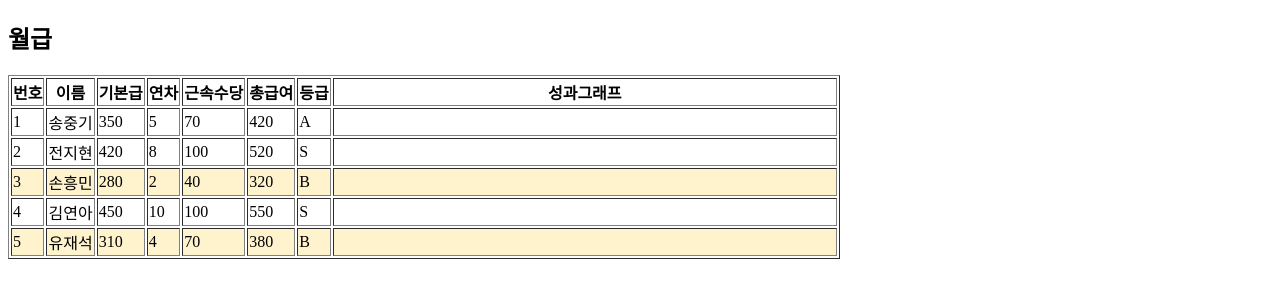
Repository: kkj68106810-dot/jsp2026
Page: http://localhost/chapter01/example_salary.jsp
An editor plug-in stored every save of this project. The page is shown before and after the next save, followed by the edit.
The browser window is 1280 px wide. The pictures show the whole page.
The page is served by Tomcat 9.

Above is the page before, as saved 2026-10-16 07:22:56.

After the next save:
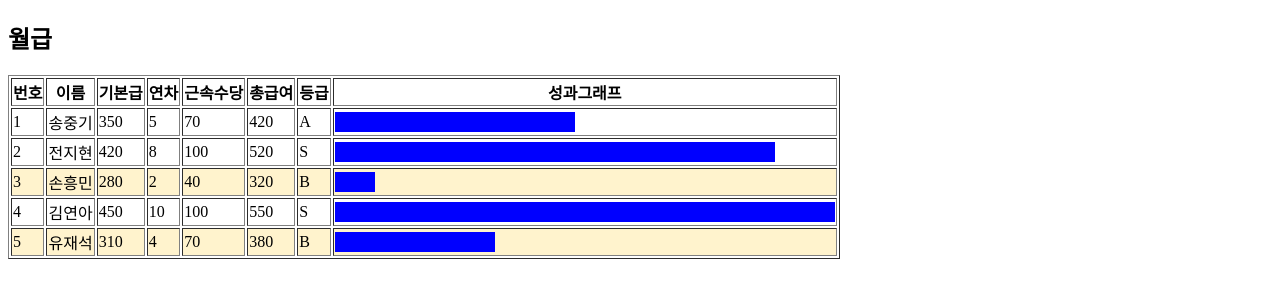
Saved 32 s later.
--- a/chapter01/src/main/webapp/example_salary.jsp
+++ b/chapter01/src/main/webapp/example_salary.jsp
@@ -88,7 +88,7 @@
 				<%=grade%>
 			</td>
 			<td>
-				<div style="width : <%=totalPay > 300 ? (totalPay - 300) * 2 : 0 %>px ; height: 100%; background-color: blue">
+				<div style="width : <%=totalPay > 300 ? (totalPay - 300) * 2 : 0 %>px ; height: 20px; background-color: blue">
 				</div>
 			</td>
 
